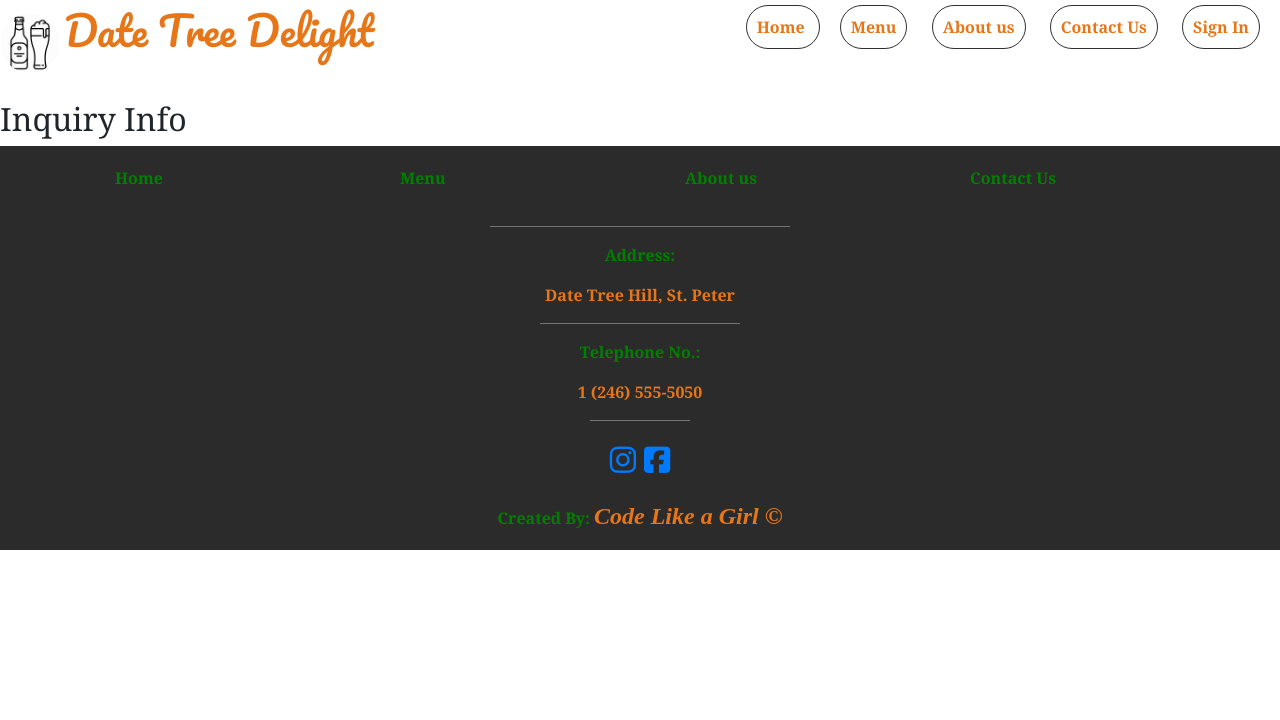
Repository: jadagoring/DateTreeDelight
Page: http://localhost/inquiryinfo.php
An editor plug-in stored every save of this project. The page is shown before and after the next save, followed by the edit.
The browser window is 1280 px wide. The pictures show the whole page.
Some web libraries are served in a nearby version. The page is run by PHP 8.4 with error messages shown; the project is at /var/www/html/.

Above is the page before, as saved 2020-06-04 19:14:01.

### inquiryinfo.php
<?php
include "templates/header.php";
$connect = mysqli_connect("localhost", "root", "", "cart_system");
?>

<div class="inq-info-header">
    <div class="seperator-div"></div>
    <h2 class="inq-info-hdr">Inquiry Info</h2>
</div>

<div class="inq-info-body">

</div>

<?php include "templates/footer.php"; ?>

### templates/header.php
<?php
session_start();
include "assets/helpers/functions.php";

$app = new App();

$Occupation = $app->getRole();
?>
<!DOCTYPE html>
<html lang="en">

<head>
    <meta charset="UTF-8">
    <meta name="viewport" content="width=device-width, initial-scale=1.0">
    <title>Date Tree Delight</title>

    <!-- CSS -->
    <link rel="stylesheet" href="https://stackpath.bootstrapcdn.com/bootstrap/4.4.1/css/bootstrap.min.css" integrity="sha384-Vkoo8x4CGsO3+Hhxv8T/Q5PaXtkKtu6ug5TOeNV6gBiFeWPGFN9MuhOf23Q9Ifjh" crossorigin="anonymous">
    <link rel="stylesheet" href="assets\css\styles.css">

    <!-- JavaScript -->
    <script src="https://code.jquery.com/jquery-3.4.1.slim.min.js" integrity="sha384-J6qa4849blE2+poT4WnyKhv5vZF5SrPo0iEjwBvKU7imGFAV0wwj1yYfoRSJoZ+n" crossorigin="anonymous"></script>
    <script src="https://cdn.jsdelivr.net/npm/popper.js@1.16.0/dist/umd/popper.min.js" integrity="sha384-Q6E9RHvbIyZFJoft+2mJbHaEWldlvI9IOYy5n3zV9zzTtmI3UksdQRVvoxMfooAo" crossorigin="anonymous"></script>
    <script src="https://stackpath.bootstrapcdn.com/bootstrap/4.4.1/js/bootstrap.min.js" integrity="sha384-wfSDF2E50Y2D1uUdj0O3uMBJnjuUD4Ih7YwaYd1iqfktj0Uod8GCExl3Og8ifwB6" crossorigin="anonymous"></script>
    <script src="https://kit.fontawesome.com/e9662c41f5.js" crossorigin="anonymous"></script>
</head>

<body>
    <!-- No log in -->
    <?php if ($Occupation == "Random") { ?>

        <div id="Navbar" class="nav-bar">
            <div class="right-nav">
                <a href="index.php" class="side-links">Home </a>
                <a href="Menu.php" class="side-links">Menu</a>
                <a href="Aboutus.php" class="side-links">About us</a>
                <a href="Contactus.php" class="side-links">Contact Us</a>
                <a href="login.html" class="side-links" style="margin-right:20px">Sign In</a>
            </div>

            <div class="left-nav">
                <div class="left-info">
                    <img src="assets\images\l-07-512.png" style="width: 60px; height: 60px; border-radius: 30px;" alt="Logo">
                    <span class="nav-text">Date Tree Delight</span>
                </div>
            </div>
        </div>
    <?php
    }
    ?>

    <!-- Customers login -->
    <?php if ($Occupation == "Customer") { ?>

        <div id="Navbar" class="nav-bar">
            <div class="right-nav">
                <a href="shoppingcart.php"><img src="assets/images/shopping-cart.png" alt="shoppingcart" class="shop-cart"></a>
                <a href="index.php" class="side-links">Home </a>
                <a href="Menu.php" class="side-links">Menu</a>
                <a href="Aboutus.php" class="side-links">About us</a>
                <a href="Contactus.php" class="side-links">Contact Us</a>
                <a href="signout.php" class="side-links" style="margin-right:20px">Sign Out</a>
            </div>

            <div class="left-nav">
                <div class="left-info">
                    <img src="assets\images\l-07-512.png" style="width: 60px; height: 60px; border-radius: 30px;" alt="Logo">
                    <span class="nav-text">Date Tree Delight</span>
                </div>
            </div>
        </div>
    <?php
    }
    ?>

    <!-- Employees Logged in -->
    <?php if ($Occupation == "Employee") { ?>

        <div id="Navbar" class="nav-bar">
            <div class="right-nav">
                <a href="order.php" class="side-links">Orders </a>
                <a href="inventory.php" class="side-links">Inventory</a>
                <a href="inquiries.php" class="side-links">Inquiries</a>
                <a href="signout.php" class="side-links" style="margin-right:20px">Sign Out</a>
            </div>

            <div class="left-nav">
                <div class="left-info">
                    <img src="assets\images\l-07-512.png" style="width: 60px; height: 60px; border-radius: 30px;" alt="Logo">
                    <span class="nav-text">Date Tree Delight</span>
                </div>
            </div>
        </div>
    <?php } ?>

    <!-- Admin logged in -->
    <?php if ($Occupation == "Owner") { ?>
        <div id="Navbar" class="nav-bar">
            <div class="right-nav">
                <a href="events.php" class="side-links">Events</a>
                <a href="order.php" class="side-links">Orders</a>
                <a href="inventory.php" class="side-links">Inventory</a>
                <a href="inquiries.php" class="side-links">Inquires</a>
                <a href="Employees.php" class="side-links">Employees</a>
                <a href="signout.php" class="side-links" style="margin-right:20px">Sign Out</a>
            </div>

            <div class="left-nav">
                <div class="left-info">
                    <img src="assets\images\l-07-512.png" style="width: 60px; height: 60px; border-radius: 30px;" alt="Logo">
                    <span class="nav-text">Date Tree Delight</span>
                </div>
            </div>
        </div>
    <?php } ?>

### assets/helpers/functions.php
<?php
class App
{
    function getRole()
    {
        if (isset($_SESSION['Occupation'])) {
            $Occupation = $_SESSION['Occupation'];
        } else {
            $Occupation = "Random";
        }

        return $Occupation;
    }
    function adminpage()
    {
        if (isset($_SESSION['Occupation'])) {
            if ($_SESSION['Occupation'] != "Owner") {
                header('Location:index.php');
            }
        } else {
            header('Location:index.php');
        }
    }

    function employeepage()
    {
        if (isset($_SESSION['Occupation'])) {
            if (($_SESSION['Occupation'] == "Owner") || ($_SESSION['Occupation'] == "Employee")) {
            }
            else{
                header('Location:index.php');
            }
        } else {
            header('Location:index.php');
        }
    }
}

### templates/footer.php
    <div class="footer">
        <div class="container">
            <!-- No log in -->
            <?php if ($Occupation == "Random") { ?>
                <div class="row footer-nav">
                    <div class="col-3"> <a href="index.php" class="side-links">Home </a> </div>
                    <div class="col-3"> <a href="Menu.php" class="side-links">Menu</a> </div>
                    <div class="col-3"> <a href="Aboutus.php" class="side-links">About us</a> </div>
                    <div class="col-3"> <a href="Contactus.php" class="side-links">Contact Us</a> </div>
                </div>
            <?php
            }
            ?>

            <!-- Customers login -->
            <?php if ($Occupation == "Customer") { ?>
                <div class="row footer-nav">
                    <div class="col-2"> <a href="index.php" class="side-links">Home </a> </div>
                    <div class="col-2"> <a href="Menu.php" class="side-links">Menu</a> </div>
                    <div class="col-2"> <a href="shoppingcart.php" class="side-links">Cart</a> </div>
                    <div class="col-2"> <a href="Aboutus.php" class="side-links">About us</a> </div>
                    <div class="col-2"> <a href="Contactus.php" class="side-links">Contact Us</a> </div>
                </div>
            <?php
            }
            ?>

            <!-- Employees Logged in -->
            <?php if ($Occupation == "Employee") { ?>
                <div class="row footer-nav">
                    <div class="col-2"> <a href="order.php" class="side-links">Orders </a> </div>
                    <div class="col-2"> <a href="inventory.php" class="side-links">Inventory</a> </div>
                    <div class="col-2"> <a href="inquiries.php" class="side-links">Inquiries</a> </div>
                </div>
            <?php } ?>

            <!-- Admin logged in -->
            <?php if ($Occupation == "Owner") { ?>
                <div class="row footer-nav">
                    <div class="col-2"> <a href="events.php" class="side-links">Events</a> </div>
                    <div class="col-2"> <a href="order.php" class="side-links">Orders</a> </div>
                    <div class="col-2"> <a href="inventory.php" class="side-links">Inventory</a> </div>
                    <div class="col-2"> <a href="inquiries.php" class="side-links">Inquires</a> </div>
                    <div class="col-2"> <a href="Employees.php" class="side-links">Employees</a> </div>
                </div>
            <?php } ?>

            <div class="spacer-div"></div>
            <div class="row footer-nav-text">
                <div style="text-align:center; margin-left: auto; margin-right: auto;">
                    <hr class="footer-hr" style="width:300px;">
                    <p class="footer-text"> Address: </p>
                    <p>Date Tree Hill, St. Peter</p>
                    <hr class="footer-hr" style="width:200px;">
                    <p class="footer-text">Telephone No.:</p>
                    <p>1 (246) 555-5050</p>
                    <hr class="footer-hr" style="width:100px;">
                </div>
            </div>

            <div class="row">
                <div class="socials" style="text-align:center; margin-left: auto; margin-right: auto;">
                    <p> <a href="https://instagram.com/datetreedelight?igshid=wuq8k1wrkhhx"><i class="fab fa-instagram"></i> </a>
                        <a href="https://facebook.com/datetreedelight246"><i class="fab fa-facebook-square"> </i></a>
                    </p>
                </div>
            </div>

            <div class="row">
                <div class="footer-comp" style="text-align:center; margin-left: auto; margin-right: auto;">
                    <p> Created By: <span class="footer-company"> Code Like a Girl &copy </span> </p>
                </div>
            </div>

        </div>
    </div>
    </body>

    </html>

### assets/css/styles.css
/*Global Tag*/

* {
    margin: 0;
    padding: 0;
    font-family: Cambria, Cochin, Georgia, Times, 'Times New Roman', serif;
}

p {
    font-family: Georgia, 'Times New Roman', Times, serif;
    font-weight: bolder;
}

@font-face {
    font-family: Pacifico;
    src: url('../fonts/Pacifico/Pacifico-Regular.ttf');
}

@font-face {
    font-family: Merriweather;
    src: url('../fonts/Merriweather/');
}

table,
th,
td {
    border: 1px solid black;
}

table {
    width: 1080px;
    margin-top: 50px;
    margin-bottom: 50px;
}

th {
    text-align: center;
}

td {
    padding: 10px;
}


/* Classes */

.about-body {
    background-color: whitesmoke;
}

.about-header {
    height: 500px;
    background: linear-gradient(rgba(0, 0, 0, 0.7), rgba(0, 0, 0, 0.7)), url("../images/wine.jpg");
    background-repeat: no-repeat;
    background-size: cover;
    width: 100%;
    background-position-y: center;
}

.about-h {
    color: rgb(231, 118, 25);
    font-family: Georgia, 'Times New Roman', Times, serif;
}

.about-h2 {
    color: rgb(231, 118, 25);
    font-family: Georgia, 'Times New Roman', Times, serif;
    font-weight: bold;
}

.about-p {
    color: green;
}

.about-hr {
    width: 1000px;
    margin-left: auto;
    margin-right: auto;
    background-color: darkgrey;
}

.aboutus-header {
    font-family: Merriweather;
    font-weight: bold;
    font-size: 60px;
    color: whitesmoke;
    text-shadow: 0 0 10px black;
    text-align: center;
    padding-top: 110px;
}

.about-section-row {
    width: 50%;
    height: 400px;
    margin: 0 auto 0 auto;
    text-align: left;
    padding-top: 30px;
    padding-bottom: 30px;
}

.about-img {
    width: 250px;
    height: 370px;
    float: left;
    margin-right: 30px;
}

.about-img1 {
    width: 250px;
    height: 370px;
    float: right;
    margin-left: 30px;
}

.about-img2 {
    width: 250px;
    height: 370px;
    float: left;
    margin-right: 30px;
}

.billing-tbl {
    width: 900px;
    margin: 20px;
    padding: 20px;
}

.center {
    text-align: center;
}

.checkout-btn {
    background-color: rgb(197, 91, 4, 0.9);
    color: rgb(71, 192, 34);
    text-shadow: 0 0 5px black;
    font-family: Pacifico;
    font-size: 20px;
    border: none;
    padding: 25px 75px 25px 75px;
    border-radius: 50px;
    margin-bottom: 20px;
}

.checkout-btn:hover {
    transition-duration: 1s;
    background-color: rgba(55, 161, 23, 0.9);
    color: rgb(231, 118, 25);
}

.checkout-header {
    height: 500px;
    background: linear-gradient(rgba(0, 0, 0, 0.7), rgba(0, 0, 0, 0.7)), url("../images/checkout.jpg");
    background-repeat: no-repeat;
    background-size: cover;
    width: 100%;
    background-position-y: center;
}

.checkout-hdr {
    font-family: Merriweather;
    font-weight: bold;
    font-size: 60px;
    color: whitesmoke;
    text-shadow: 0 0 10px black;
    text-align: center;
    padding-top: 110px;
}

.contactus-header {
    height: 500px;
    background: linear-gradient(rgba(0, 0, 0, .7), rgba(0, 0, 0, .20)), url("../images/bar5.jpg");
    background-repeat: no-repeat;
    background-size: cover;
    width: 100%;
    background-position-y: center;
}

.contactus-hdr {
    font-family: Merriweather;
    font-weight: bold;
    font-size: 70px;
    color: whitesmoke;
    text-shadow: 0 0 10px black;
    text-align: center;
    padding-top: 110px;
}

.contact-address{
    text-align: center;
}

.contactus-body{
    height: 700px;
    width: 100%;
}

.contact-form-info {
    margin-top: 30px;
    background-color: white;
    width: 70%;
}


.contact-form-info2 {
    margin-left: 20px;
    border: 1px solid darkgrey;
    text-align: center;
}

.contact-form-text {
    padding-top: 10px;
}

.contact-form-button {
    margin-top: 20px;
    margin-bottom: 20px;
}

.contact-form-input {
    width: 80%;
    border: none;
    outline: none;
    border-bottom: 2px solid grey;
    background-color: transparent;
    cursor: default;
}

.contact-form-input:hover {
    border-bottom: 2px solid #13df13;
    transition-duration: 0.5s;
}

.contact-form-textbox {
    width: 80%;
    height: 100px;
    border: none;
    outline: none;
    border-bottom: 2px solid grey;
    background-color: transparent;
    cursor: default;
}

.contact-form-textbox:hover {
    border-bottom: 2px solid #13df13;
    transition-duration: 0.5s;
}

.contact-map{
    float: right;
    width: 50%;
    height: 100%;
}

.contact-left{
    width: 80%;
}

.emp-body {
    margin-left: 200px;
}

.emp-header {
    width: 100%;
    background: linear-gradient(rgba(0, 0, 0, 0.7), rgba(0, 0, 0, 0.7)), url("../images/shopcart.jpg");
    background-repeat: no-repeat;
    background-size: cover;
    height: 500px;
}

.emp-hdr {
    font-family: Merriweather;
    font-weight: bold;
    font-size: 60px;
    color: whitesmoke;
    text-shadow: 0 0 10px black;
    text-align: center;
    padding-top: 110px;
}

.event-body {
    margin-left: 200px;
    margin-top: 20px
}

.event-header {
    width: 100%;
    background: linear-gradient(rgba(0, 0, 0, 0.7), rgba(0, 0, 0, 0.7)), url("../images/shopcart.jpg");
    background-repeat: no-repeat;
    background-size: cover;
    height: 500px;
}

.event-hdr {
    font-family: Merriweather;
    font-weight: bold;
    font-size: 60px;
    color: whitesmoke;
    text-shadow: 0 0 10px black;
    text-align: center;
    padding-top: 110px;
}

.footer {
    background-color: rgb(43, 43, 43);
    width: 100%;
    height: 100%;
}

.footer-nav {
    padding-top: 20px;
}

.footer-nav-text {
    color: rgb(231, 118, 25);
}

.footer-nav a:link {
    text-decoration: none;
    color: green;
    border-radius: 50px;
    font-weight: bold;
}

.footer-nav a:hover {
    transition-duration: 1s;
    color: black;
    background-color: rgb(231, 118, 25);
}

.footer-nav a:visited {
    text-decoration: none;
    color: green;
    border-radius: 50px;
    font-weight: bold;
}

.footer-comp {
    color: green;
}

.footer-company {
    font-style: italic;
    font-size: 1.5em;
    font-family: 'Dancing Script', cursive;
    color: rgb(231, 118, 25);
}

.footer-text {
    color: green;
}

.footer-hr {
    background-color: grey;
    margin-left: auto;
    margin-right: auto;
}

.headers {
    text-align: center;
    padding-top: 85px;
}

.headerss {
    text-align: center;
    width: 100%;
    height: 450px;
    background: linear-gradient(rgba(0, 0, 0, 0.7), rgba(0, 0, 0, 0.7)), url("../images/stockvault-bar-glasses186850.jpg");
    background-size: cover;
    background-position-x: center;
    background-position-y: center;
    background-repeat: no-repeat;
    color: rgb(231, 118, 25);
}

.img-row {
    width: 200px;
    height: 150px;
    background-position: center;
    background-size: cover;
}

img {
    max-width: 100%;
    max-height: 100%;
    width: 100%;
    height: 100%;
    border-radius: 20px;
}

.img-responsive {
    width: 200px;
    height: 200px;
}

.index-header {
    font-family: Merriweather;
    color: white;
    font-weight: bolder;
    font-size: 60px;
}

.inv-header {
    width: 100%;
    background: linear-gradient(rgba(0, 0, 0, 0.7), rgba(0, 0, 0, 0.7)), url("../images/order.jpg");
    background-repeat: no-repeat;
    background-size: cover;
    height: 500px;
}

.inv-hdr {
    font-family: Merriweather;
    font-weight: bold;
    font-size: 60px;
    color: whitesmoke;
    text-shadow: 0 0 10px black;
    text-align: center;
    padding-top: 110px;
}

.inq-header {
    width: 100%;
    background: linear-gradient(rgba(0, 0, 0, 0.7), rgba(0, 0, 0, 0.7)), url("../images/order.jpg");
    background-repeat: no-repeat;
    background-size: cover;
    height: 500px;
}

.inq-hdr {
    font-family: Merriweather;
    font-weight: bold;
    font-size: 60px;
    color: whitesmoke;
    text-shadow: 0 0 10px black;
    text-align: center;
    padding-top: 110px;
}

.items {
    background-image: linear-gradient(rgba(0, 0, 0, 0.4), rgba(0, 0, 0, 0.4)), url("../images/wood.jpg");
    background-repeat: no-repeat;
    background-size: cover;
    text-align: center;
    height: 360px;
    width: 100%;
    padding-top: 50px;
}

.left-nav {
    float: left;
    width: 500px;
    height: 100px;
}

.menu-btn {
    background-color: rgb(197, 91, 4, 0.9);
    color: rgb(71, 192, 34);
    text-shadow: 0 0 5px black;
    font-family: Pacifico;
    font-size: 20px;
    border: none;
    padding: 25px 75px 25px 75px;
    border-radius: 50px;
    margin-top: 20px;
}

.menu-btn:hover {
    transition-duration: 1s;
    background-color: rgba(55, 161, 23, 0.9);
    color: rgb(231, 118, 25);
}

.menu-header {
    height: 500px;
    background: linear-gradient(rgba(0, 0, 0, 0.7), rgba(0, 0, 0, 0.7)), url("../images/booze.jpg");
    background-repeat: no-repeat;
    background-size: cover;
    width: 100%;
    background-position-y: center;
}

.menu-hdr {
    font-family: Merriweather;
    font-weight: bold;
    font-size: 60px;
    color: whitesmoke;
    text-shadow: 0 0 10px black;
    text-align: center;
    padding-top: 110px;
}

.menu-title {
    font-family: Merriweather;
    color: rgb(231, 118, 25);
    font-size: 30px;
    font-style: italic;
    font-weight: bold;
}

.nav-bar a:visited {
    text-decoration: none;
    color: rgb(231, 118, 25);
    border: 1px solid rgb(48, 47, 47);
    border-radius: 50px;
    font-weight: bold;
    padding: 10px;
}

.nav-bar a:link {
    text-decoration: none;
    color: rgb(231, 118, 25);
    border: 1px solid rgb(48, 47, 47);
    border-radius: 50px;
    font-weight: bold;
    padding: 10px;
}

.nav-bar a:hover {
    transition-duration: 1s;
    color: black;
    background-color: rgb(231, 118, 25);
    border: none;
}

.nav-bar {
    width: 100%;
    height: 70px;
    background-color: transparent;
    position: absolute;
    top: 0;
    color: rgb(231, 118, 25);
    margin-bottom: 100px;
}

.nav-text {
    font-size: 40px;
    font-family: Pacifico;
}

.order-header {
    background-image: linear-gradient(rgba(0, 0, 0, 0.7), rgba(0, 0, 0, 0.7)), url("../images/order.jpg");
    background-size: cover;
    background-repeat: no-repeat;
    height: 500px;
    width: 100%;
}

.order-hdr {
    font-family: Merriweather;
    font-weight: bold;
    font-size: 60px;
    color: whitesmoke;
    text-shadow: 0 0 10px black;
    text-align: center;
    padding-top: 110px;
}

.order-info-header {
    background-image: linear-gradient(rgba(0, 0, 0, 0.7), rgba(0, 0, 0, 0.7)), url("../images/order.jpg");
    background-size: cover;
    background-repeat: no-repeat;
    height: 500px;
    width: 100%;
}

.order-info-hdr {
    font-family: Merriweather;
    font-weight: bold;
    font-size: 60px;
    color: whitesmoke;
    text-shadow: 0 0 10px black;
    text-align: center;
    padding-top: 110px;
}

.product-title {
    color: rgb(231, 118, 25);
    text-shadow: 0 0 5px black;
    font-size: 35px;
    font-family: Merriweather;
    font-weight: bold;
}

.product-row:hover .Test-t {
    visibility: visible;
}

.product-row:hover .Test-tt {
    filter: brightness(30%);
}

.product-row {
    position: relative;
    float: left;
    margin-left: 50px;
    color: rgb(231, 118, 25);
    text-shadow: 0 0 5px black;
    font-size: 30px;
    font-family: Merriweather;
    font-weight: bold;
    position: relative;
}

.product-row h3 {
    font-family: Georgia, 'Times New Roman', Times, serif;
    font-size: 20px;
}

.right-nav {
    float: right;
    margin-top: 15px;
}

.side-links {
    margin-left: 20px;
    padding-left: 10px;
    padding-right: 10px;
}

.seperator-div {
    padding-bottom: 100px;
}

.shop-cart {
    width: 25px;
    height: 25px;
}

.shopcart-body {
    padding-top: 20px;
}

.shopcart-h {
    color: rgb(231, 118, 25);
    text-align: center;
    font-family: Merriweather;
    font-weight: bold;
    font-style: italic;
}

.shopcart-header {
    height: 500px;
    background: linear-gradient(rgba(0, 0, 0, 0.7), rgba(0, 0, 0, 0.7)), url("../images/shopcart.jpg");
    background-repeat: no-repeat;
    background-size: cover;
    width: 100%;
    background-position-y: center;
}

.shopcart-hdr {
    font-family: Merriweather;
    font-weight: bold;
    font-size: 60px;
    color: whitesmoke;
    text-shadow: 0 0 10px black;
    text-align: center;
    padding-top: 110px;
}

.spacer-div {
    margin-top: 20px;
}

.socials {
    font-size: 30px;
}


/*
    transform: scale(1.5);
}
*/

.Test-t {
    position: absolute;
    bottom: 50px;
    text-shadow: 0 0 2px black;
    right: 40px;
    visibility: hidden;
}

.textbox {
    width: 1000px;
}

.welcome-btn {
    background-color: rgb(197, 91, 4, 0.9);
    color: rgb(71, 192, 34);
    text-shadow: 0 0 5px black;
    font-family: Pacifico;
    font-size: 20px;
    border: none;
    padding: 25px 75px 25px 75px;
    border-radius: 50px;
}

.welcome-btn:hover {
    transition-duration: 1s;
    background-color: rgba(55, 161, 23, 0.9);
    color: rgb(231, 118, 25);
}

After the next save:
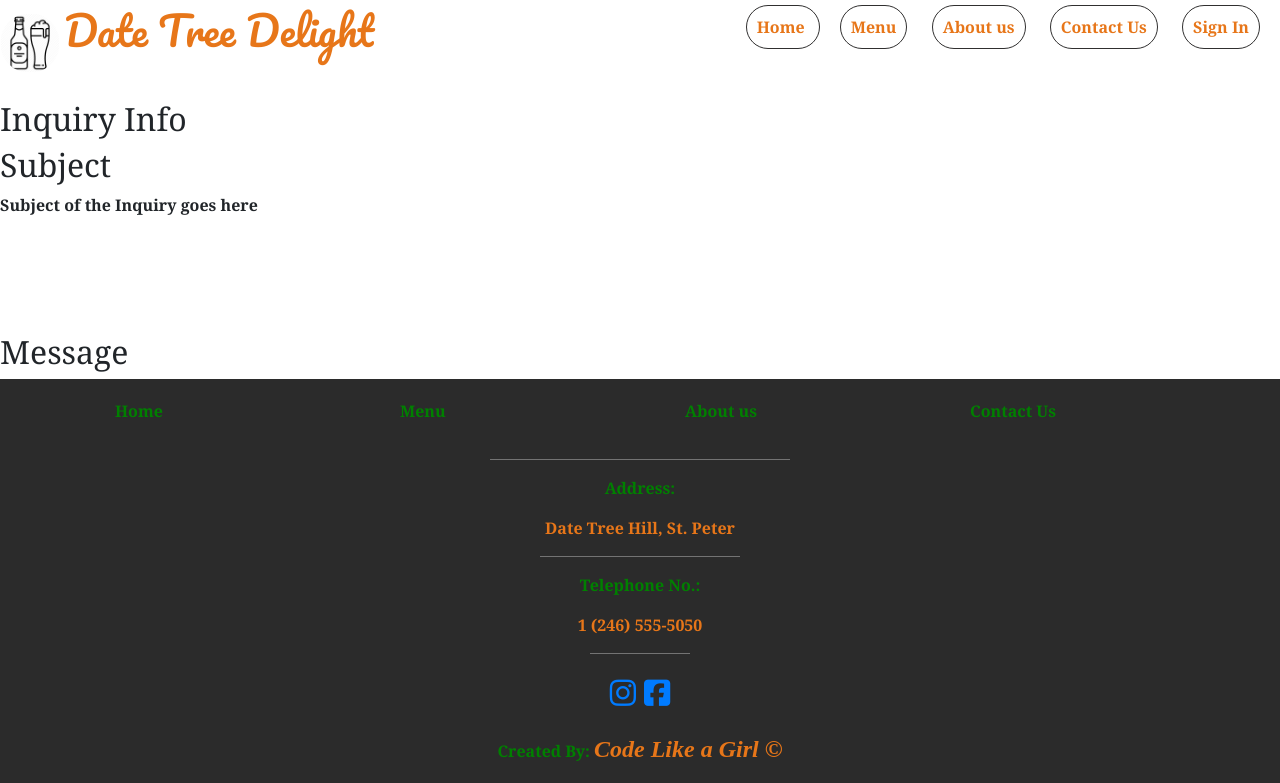
Saved 97 s later.
--- a/inquiryinfo.php
+++ b/inquiryinfo.php
@@ -9,7 +9,10 @@ $connect = mysqli_connect("localhost", "root", "", "cart_system");
 </div>
 
 <div class="inq-info-body">
-
+    <h2>Subject</h2>
+    <p>Subject of the Inquiry goes here</p>
+    <div class="seperator-div"></div>
+    <h2>Message</h2>
 </div>
 
 <?php include "templates/footer.php"; ?>
